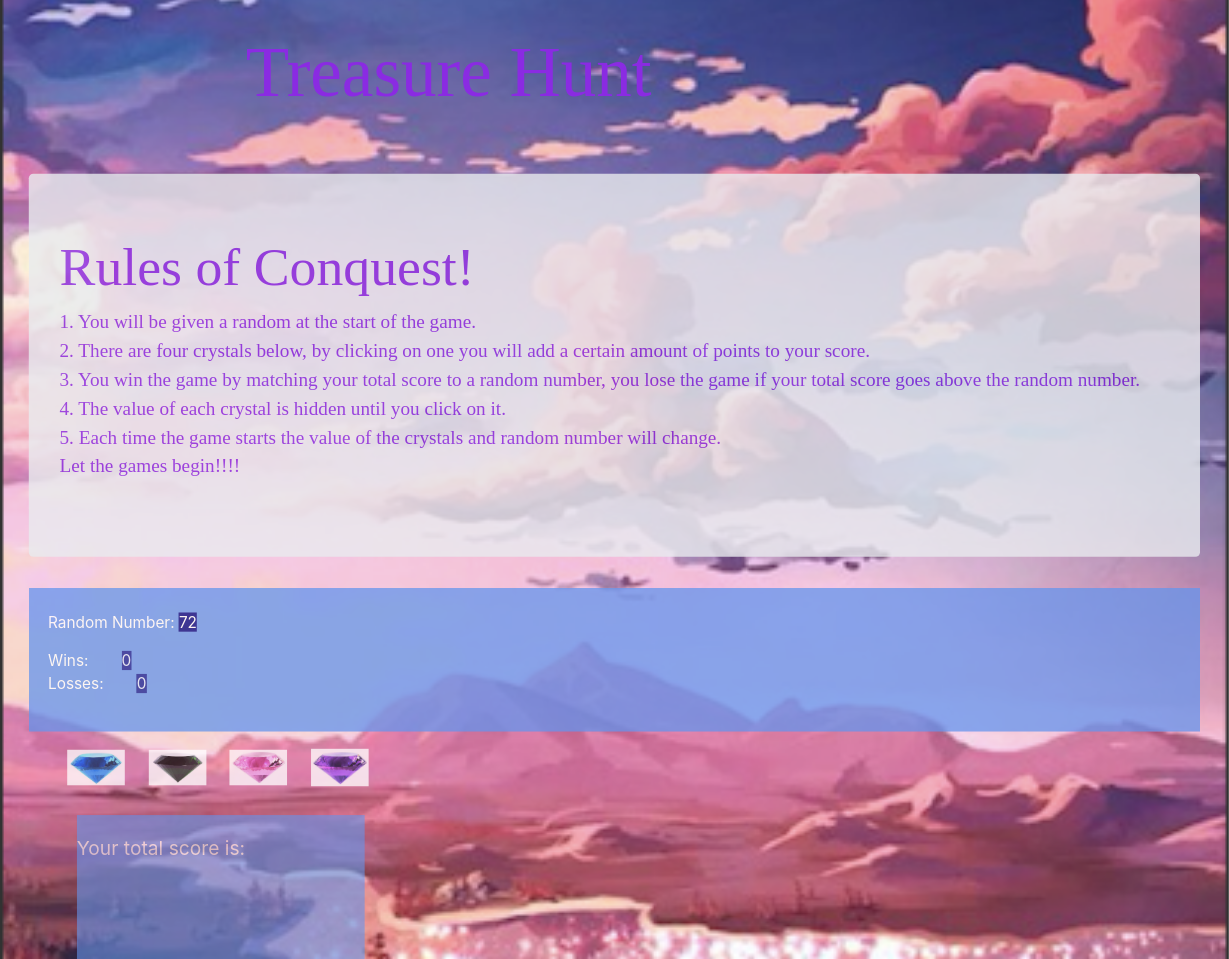
Repository: Jwill1258/unit-4-game
Page: index.html
The author's editor kept a copy of each file at every save. The page is drawn from the files as they stood at one save, then again after the next save.
The browser window is 1280 px wide. The pictures show the whole page, at 96% of full size.
Some web fonts or font styles are not loaded; a fallback is used.

Above is the page before, as saved 2019-11-08 00:27:16.

### index.html
<!DOCTYPE html>
<html lang="en">
<head>
    <meta charset="UTF-8">
    <meta name="viewport" content="width=device-width, initial-scale=1.0">
    <meta http-equiv="X-UA-Compatible" content="ie=edge">
    <title>Crystal Collector</title>
    <link rel="stylesheet" type="text/css" href="assets/css/style.css">
    <link rel="stylesheet" href="https://stackpath.bootstrapcdn.com/bootstrap/4.3.1/css/bootstrap.min.css" integrity="sha384-ggOyR0iXCbMQv3Xipma34MD+dH/1fQ784/j6cY/iJTQUOhcWr7x9JvoRxT2MZw1T" crossorigin="anonymous">
    <link href="https://fonts.googleapis.com/css?family=Stoke&display=swap" rel="stylesheet">
</head>

<body>

    <div id="header">Treasure Hunt</div>

    <div class="jumbotron">

        <h1 class="display-4">Rules of Conquest!</h1>
        <p class="lead">

            1. You will be given a random at the start of the game.

            <br>

            2. There are four crystals below, by clicking on one you will add a certain amount of points to your      score.

            <br>

            3. You win the game by matching your total score to a random number, you lose the game if your total      score goes above the random number.

            <br>

            4. The value of each crystal is hidden until you click on it.

            <br>

            5. Each time the game starts the value of the crystals and random number will change.

            <br>

            Let the games begin!!!!

        </p>


    </div>

    <div id="numbers">
            <div class="numberToMatch">
                <p>Random Number:
                    <span id= "randomNumber"></span>
                </p>
            </div>
            <div class="winsandlosses">
                <p>Wins:
                    <span id= "numberWins"></span>
                    </br>
                    Losses:
                    <span id= "numberLosses"></span>
                </p>
            </div>

    <div class="crystals">

            <img src="assets/images/blue-button.png" class=crystalImage id= "one">
            <img src="assets/images/green-button.png" class=crystalImage id= "two">
            <img src="assets/images/pink button.png" class=crystalImage id= "three">
            <img src="assets/images/purple-button.png" class=crystalImage id= "four">

    </div>


    <div class="countmsg">

        <p>Your total score is:

            <span id="totalCount"></span>

        </p>

    </div>

    <script type="text/javascript" src="https://code.jquery.com/jquery-2.2.0.js"></script>
    <script type="text/javascript" src="assets/javascript/game.js"></script>


</body>
</html>

### assets/css/style.css
/* http://meyerweb.com/eric/tools/css/reset/
   v2.0 | 20110126
   License: none (public domain)
*/

html, body, div, span, applet, object, iframe,
h1, h2, h3, h4, h5, h6, p, blockquote, pre,
a, abbr, acronym, address, big, cite, code,
del, dfn, em, img, ins, kbd, q, s, samp,
small, strike, strong, sub, sup, tt, var,
b, u, i, center,
dl, dt, dd, ol, ul, li,
fieldset, form, label, legend,
table, caption, tbody, tfoot, thead, tr, th, td,
article, aside, canvas, details, embed,
figure, figcaption, footer, header, hgroup,
menu, nav, output, ruby, section, summary,
time, mark, audio, video {
	margin: 0;
	padding: 0;
	border: 0;
	font-size: 100%;
	font: inherit;
	vertical-align: baseline;
}

body {
    background-image: url( '../images/waterfall-background.jpeg' );
	background-image: height 4000px;
	background-size: 100%;
	background-position: center;
	background-repeat: no-repeat;

}

#header {
	font-family: 'Stoke', serif;
	color: blueviolet;
    font-size: 74px;
	width: 100%;
	padding-left: 20%;
	padding-top: 20px;



}

.jumbotron {
	font-family: 'Stoke', serif;
	color: blueviolet;
	font-size: 40px;
	position: center;
	background-color: cornflowerblue;
	margin-left: 30px;
	margin-right: 30px;
	opacity: 80%;
	padding-top: 50px;
	margin-top: 50px;

}

.jumbotron lead {
	border: 10px;


}

#numbers {
	background-color: cornflowerblue;
	height: 150px;
	margin-left: 30px;
	margin-right: 30px;
	padding-left: 20px;
	color: navy;
	opacity: 75%;
}

.numberToMatch {
	height: 50px;
	width: 50px;
	margin-left: 30px;
	margin-top: 50px;
	display: inline;
	color: white;
}


.winsandlosses {
	color: white;
	display: inline;
	background-color: navy;

}

#randomNumber {
	background-color: navy;


}



#numberWins {
	background-color:navy;
	width: 200px;
	height: 40px;
	margin-left: 30px;
	margin-top: 50px;
	opacity: 80%;
	color: white;


}

#numberLosses {
	background-color:navy;
	width: 200px;
	height: 40px;
	margin-left: 30px;
	margin-top: 50px;
	opacity: 80%;
	color: white;


}


.crystalImage  {
	width: 80px;
	padding-top: 40px;
	padding-bottom: 30px;
}

#one {
	padding-left: 20px;

}

#two {
	padding-left: 20px;


}

#three {
	padding-left: 20px;



}

#four {
	padding-left: 20px;



}


.countmsg {
	background-color: cornflowerblue;
	height: 150px;
	width: 300px;
	margin-left: 30px;
	opacity: 80%;
	color: white;
	font-size: 20px;
	padding-top: 20px;


}

### assets/javascript/game.js
$( document ).ready(function(){
    var Random=Math.floor(Math.random()*101+19)
    // Selects a random number to be shown at the start of the game
    // Number between 19 - 120
    //
    $('#randomNumber').text(Random);
    // Appending random number to the randomNumber id in the html doc
    //
    var num1= Math.floor(Math.random()*11+1)
    var num2= Math.floor(Math.random()*11+1)
    var num3= Math.floor(Math.random()*11+1)
    var num4= Math.floor(Math.random()*11+1)
    // create random numbers for each jewel (1-12)

    //
    var userTotal= 0;
    var wins= 0;
    var losses = 0;
    //  establish variables

$('#numberWins').text(wins);
$('#numberLosses').text(losses);
//resets the game
function reset(){
        Random=Math.floor(Math.random()*101+19);
        console.log(Random)
        $('#randomNumber').text(Random);
        num1= Math.floor(Math.random()*11+1);
        num2= Math.floor(Math.random()*11+1);
        num3= Math.floor(Math.random()*11+1);
        num4= Math.floor(Math.random()*11+1);
        userTotal= 0;
        $('#totalCount').text(userTotal);
}
//adds the wins to the userTotal
function yay(){
alert("Winner");
    wins++;
    $('#numberWins').text(wins);
    reset();
}
//addes the losses to the userTotal
function loser(){
alert ("Try Again!");
    losses++;
    $('#numberLosses').text(losses);
    reset()
}
//sets up click for jewels
$('#one').on ('click', function(){
    userTotal = userTotal + num1;
    console.log("New userTotal= " + userTotal);
    $('#totalCount').text(userTotal);
        //sets win/lose if stats
        if (userTotal == Random){
        yay();
        }
        else if ( userTotal > Random){
        loser();
        }
})
$('#two').on ('click', function(){
    userTotal = userTotal + num2;
    console.log("New userTotal= " + userTotal);
    $('#totalCount').text(userTotal);
        if (userTotal == Random){
        yay();
        }
        else if ( userTotal > Random){
        loser();
        }
})
$('#three').on ('click', function(){
    userTotal = userTotal + num3;
    console.log("New userTotal= " + userTotal);
    $('#totalCount').text(userTotal);
        if (userTotal == Random){
        yay();
        }
        else if ( userTotal > Random){
        loser();
        }
})
$('#four').on ('click', function(){
    userTotal = userTotal + num4;
    console.log("New totalCount= " + userTotal);
    $('#totalCount').text(userTotal);
        if (userTotal == Random){
        yay();
        }
        else if ( userTotal > Random){
        loser();
        }
});
});

After the next save:
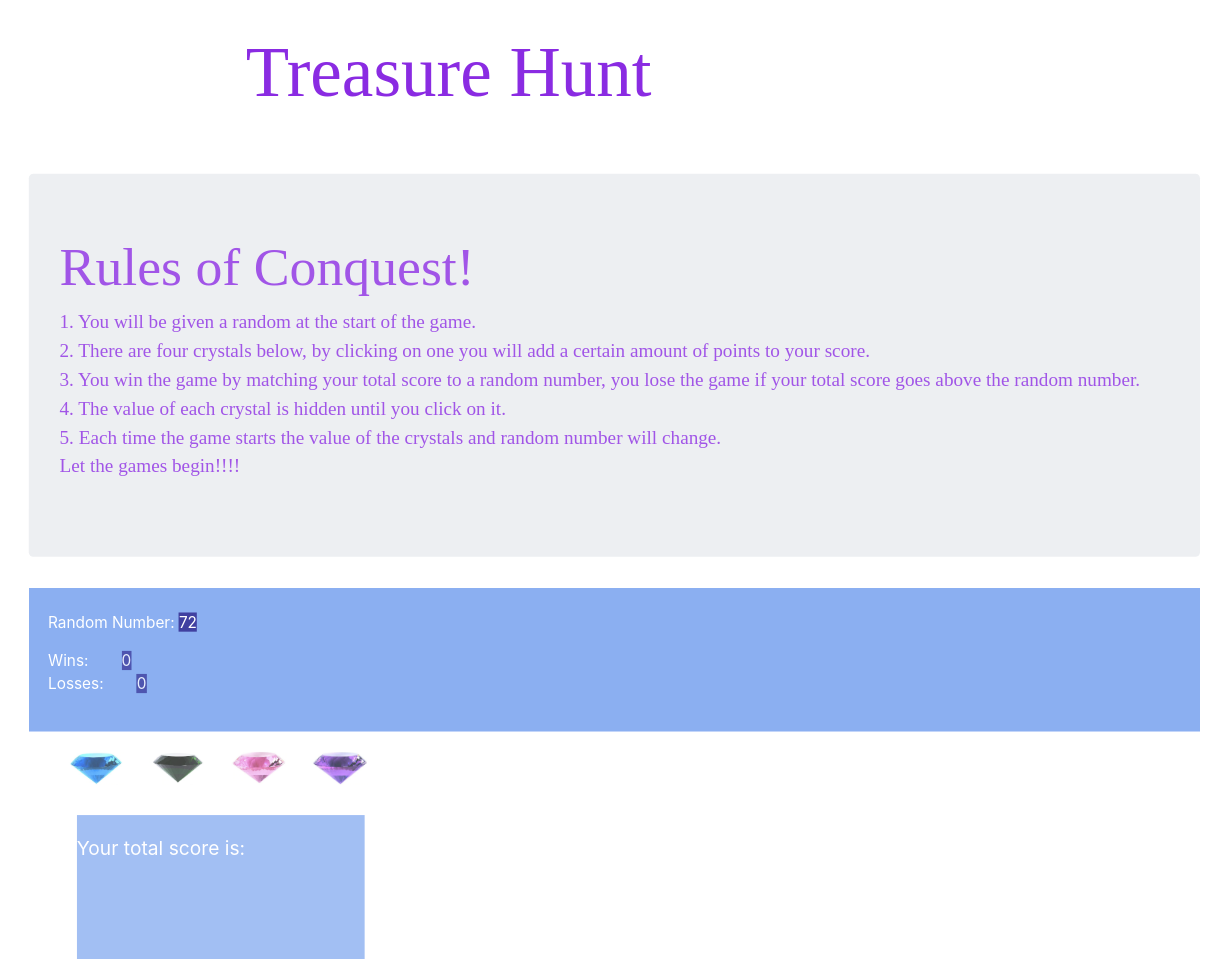
Saved 118 s later.
--- a/assets/css/style.css
+++ b/assets/css/style.css
@@ -25,7 +25,7 @@
 }
 
 body {
-    background-image: url( '../images/waterfall-background.jpeg' );
+    background-image: url( '../images/waterfall-background.jpeg' ) height = 380px;
 	background-image: height 4000px;
 	background-size: 100%;
 	background-position: center;

After the save that followed:
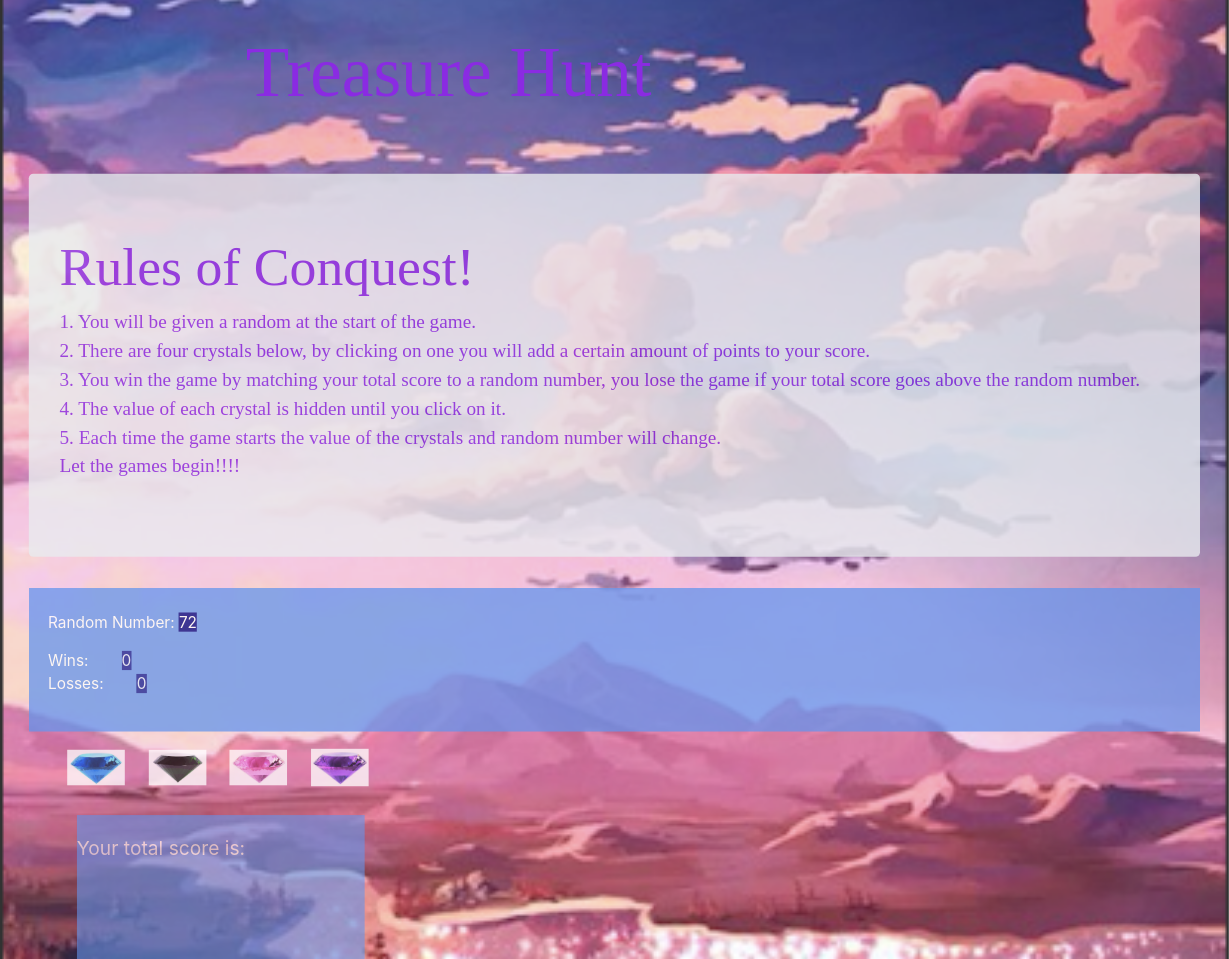
Saved 13 s later.
--- a/assets/css/style.css
+++ b/assets/css/style.css
@@ -25,7 +25,7 @@
 }
 
 body {
-    background-image: url( '../images/waterfall-background.jpeg' ) height = 380px;
+    background-image: url( '../images/waterfall-background.jpeg' );
 	background-image: height 4000px;
 	background-size: 100%;
 	background-position: center;
